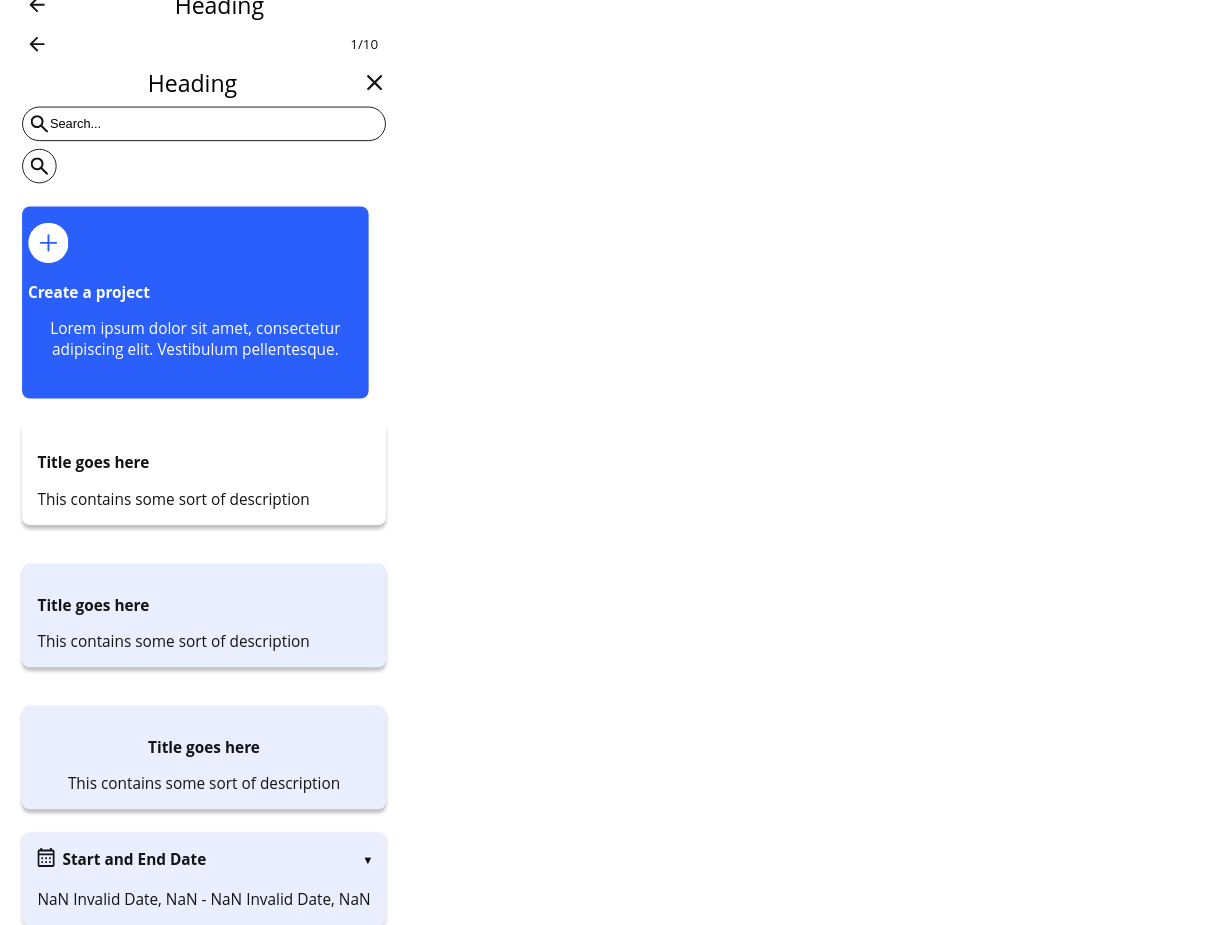
Repository: brunaguarizo/mosaic_app
Page: /
These files come from the project's save history. The page is drawn as it stood at one moment and after the next save; the edit follows.
The browser window is 1280 px wide. The pictures show the whole page, at 96% of full size.
The project was rebuilt for these pictures with package versions that can differ from the ones it lists, and the page was loaded fresh each time. The framework's server and built-in components were replaced by stand-ins that run in the browser. Also part of the build but not shown: next.config.mjs, app/_ui/navbar/navbar.js, app/_ui/Button/Button.js, app/_ui/Tag/Tag.js, app/_ui/Project_card/Project_card.js, app/_ui/Date_PopUp/Date_PopUp.module.css, app/_ui/Date_PopUp/Date_PopUp.js.

Above is the page before, as saved 2025-04-18 19:08:20.

After the next save:
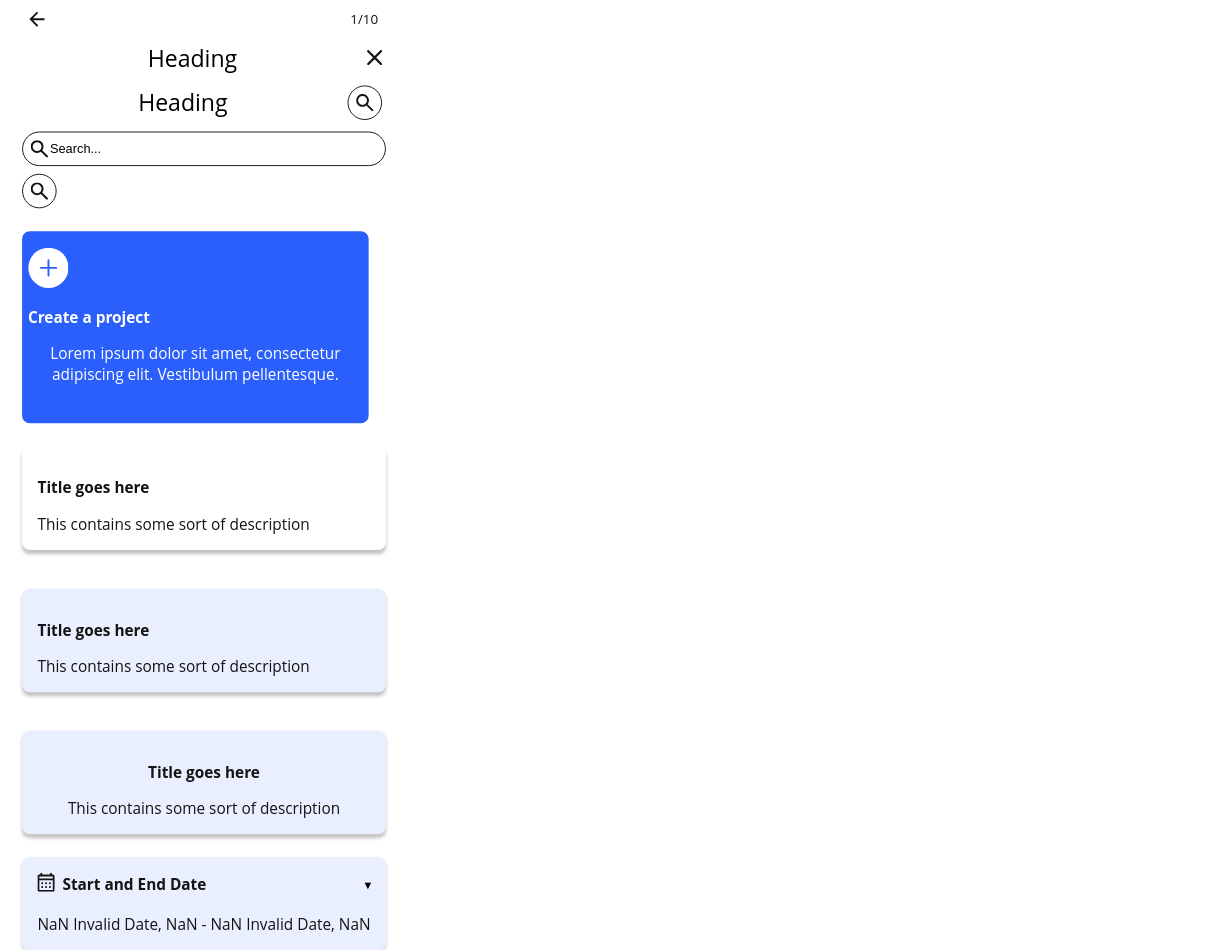
Saved 36 s later.
--- a/app/page.js
+++ b/app/page.js
@@ -23,6 +23,10 @@ export default function Home() {
             <Headingbar
                 heading='Heading'
                 type='search'
+            />
+            <Headingbar
+                heading='Heading'
+                type='heading'
             />
             <Searchbar type='primary' />
             <Searchbar
